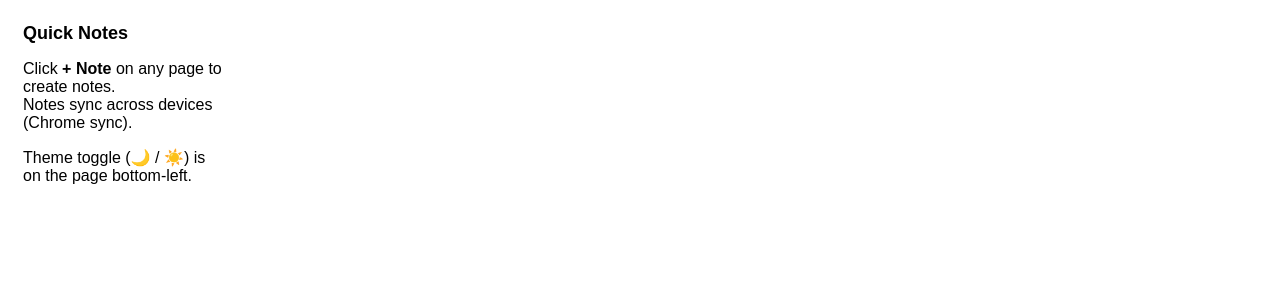
Repository: AnushkaGupta1120/Quick-notes-extension
Page: popup.html
These files come from the project's save history. The page is drawn as it stood at one moment and after the next save; the edit follows.
The browser window is 1280 px wide. The pictures show the whole page.

Above is the page before, as saved 2025-11-20 11:54:13.

After the next save:
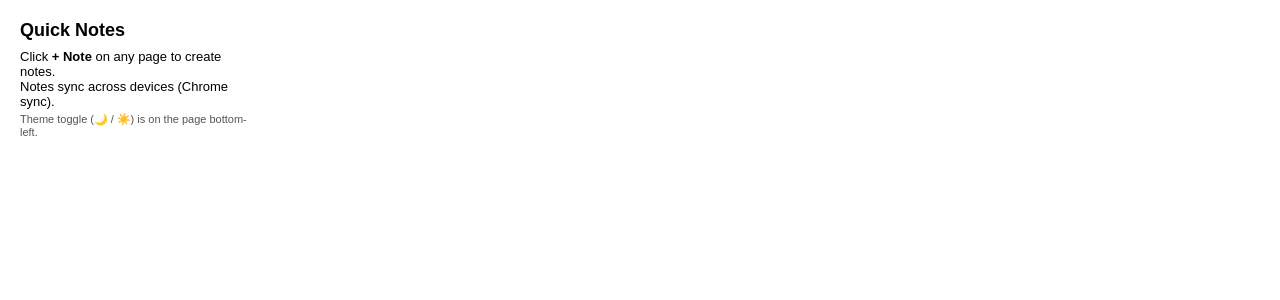
Saved 7 s later.
--- a/popup.css
+++ b/popup.css
@@ -1,9 +1,20 @@
 body {
-  width: 200px;
-  padding: 15px;
-  font-family: Arial;
+  width: 230px;
+  padding: 12px;
+  font-family: Arial, sans-serif;
 }
+
 h2 {
-  margin: 0;
+  margin: 0 0 8px;
   font-size: 18px;
 }
+
+p {
+  margin: 4px 0;
+  font-size: 13px;
+}
+
+.small {
+  font-size: 11px;
+  color: #555;
+}
